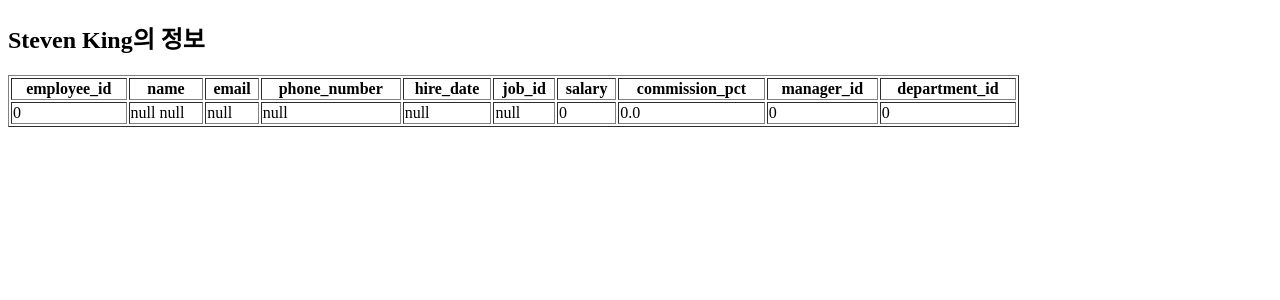
Repository: Mildous/HKIT-BackendClass
Page: http://localhost/sqlTest/employees/EmployeesList.jsp
The author's editor kept a copy of each file at every save. The page is drawn from the files as they stood at one save, then again after the next save.
The browser window is 1280 px wide. The pictures show the whole page.
The page is served by Tomcat 9. Queries for data that is not in the repository find no rows.

Above is the page before, as saved 2022-08-19 07:13:27.

### workspace/jsp/sqlTest/WebContent/employees/EmployeesList.jsp
<%@page import="java.sql.ResultSet"%>
<%@page import="java.sql.PreparedStatement"%>
<%@page import="java.sql.Connection"%>
<%@page import="employees.EmployeesDAO"%>
<%@page import="employees.EmployeesDTO"%>
<%@ page language="java" contentType="text/html; charset=UTF-8"
    pageEncoding="UTF-8"%>
<%
	EmployeesDAO dao = new EmployeesDAO();
	EmployeesDTO result = dao.viewStevenKing();

%>
<!DOCTYPE html>
<html>
<head>
<meta charset="UTF-8">
<title>Steven King의 정보 출력</title>
</head>
<body>

<h2>Steven King의 정보</h2>
	<table border="1" width="80%">
		<tr>
			<th>employee_id</th>
			<th>name</th>
			<th>email</th>
			<th>phone_number</th>
			<th>hire_date</th>
			<th>job_id</th>
			<th>salary</th>
			<th>commission_pct</th>
			<th>manager_id</th>
			<th>department_id</th>
		</tr>
		<tr>
			<td><%= result.getEmployee_id() %></td>
			<td><%= result.getFirst_name() %> <%= result.getLast_name() %></td>
			<td><%= result.getEmail() %></td>
			<td><%= result.getPhone_number() %></td>
			<td><%= result.getHire_date() %></td>
			<td><%= result.getJob_id() %></td>
			<td><%= result.getSalary() %></td>
			<td><%= result.getCommission_pct() %></td>
			<td><%= result.getManager_id() %></td>
			<td><%= result.getDepartment_id() %></td>
		</tr>
	</table>
</body>
</html>

### workspace/jsp/sqlTest/src/employees/EmployeesDAO.java
package employees;

import java.sql.Connection;
import java.sql.PreparedStatement;
import java.sql.ResultSet;

import util.DB;

public class EmployeesDAO {
	Connection conn = null;
	PreparedStatement pstmt = null;
	ResultSet rs = null;

	public EmployeesDTO viewStevenKing() {
		EmployeesDTO dto = new EmployeesDTO();
		conn = DB.dbConn();

		try {
			String sql = "select * from employees where first_name = 'Steven' and last_name = 'King'";
			pstmt = conn.prepareStatement(sql);
			rs = pstmt.executeQuery();

			if(rs.next()) {
				dto.setEmployee_id(rs.getInt("employee_id"));
				dto.setFirst_name(rs.getString("first_name"));
				dto.setLast_name(rs.getString("last_name"));
				dto.setEmail(rs.getString("email"));
				dto.setPhone_number(rs.getString("phone_number"));
				dto.setHire_date(rs.getDate("hire_date"));
				dto.setJob_id(rs.getString("job_id"));
				dto.setSalary(rs.getInt("salary"));
				dto.setCommission_pct(rs.getDouble("commission_pct"));
				dto.setManager_id(rs.getInt("manager_id"));
				dto.setDepartment_id(rs.getInt("department_id"));
			}
		} catch(Exception e) {
			e.printStackTrace();
		} finally {
			DB.dbConnClose(rs, pstmt, conn);
		}
		return dto;
	}
}

### workspace/jsp/sqlTest/src/employees/EmployeesDTO.java
package employees;

import java.sql.Date;

public class EmployeesDTO {

	private int employee_id;
	private String first_name;
	private String last_name;
	private String email;
	private String phone_number;
	private Date hire_date;
	private String job_id;
	private int salary;
	private double commission_pct;
	private int manager_id;
	private int department_id;


	public int getEmployee_id() {
		return employee_id;
	}
	public void setEmployee_id(int employee_id) {
		this.employee_id = employee_id;
	}
	public String getFirst_name() {
		return first_name;
	}
	public void setFirst_name(String first_name) {
		this.first_name = first_name;
	}
	public String getLast_name() {
		return last_name;
	}
	public void setLast_name(String last_name) {
		this.last_name = last_name;
	}
	public String getEmail() {
		return email;
	}
	public void setEmail(String email) {
		this.email = email;
	}
	public String getPhone_number() {
		return phone_number;
	}
	public void setPhone_number(String phone_number) {
		this.phone_number = phone_number;
	}
	public Date getHire_date() {
		return hire_date;
	}
	public void setHire_date(Date hire_date) {
		this.hire_date = hire_date;
	}
	public String getJob_id() {
		return job_id;
	}
	public void setJob_id(String job_id) {
		this.job_id = job_id;
	}
	public int getSalary() {
		return salary;
	}
	public void setSalary(int salary) {
		this.salary = salary;
	}
	public double getCommission_pct() {
		return commission_pct;
	}
	public void setCommission_pct(double commission_pct) {
		this.commission_pct = commission_pct;
	}
	public int getManager_id() {
		return manager_id;
	}
	public void setManager_id(int manager_id) {
		this.manager_id = manager_id;
	}
	public int getDepartment_id() {
		return department_id;
	}
	public void setDepartment_id(int department_id) {
		this.department_id = department_id;
	}

}

### workspace/jsp/sqlTest/src/util/DB.java
package util;

import java.sql.Connection;
import java.sql.DriverManager;
import java.sql.PreparedStatement;
import java.sql.ResultSet;

public class DB {
	public static Connection dbConn() {
		String dbDriver = "oracle.jdbc.driver.OracleDriver";
		String dbUrl = "jdbc:oracle:thin:@localhost:1521/xe";
		String dbId = "hr";
		String dbPasswd = "1234";

		Connection conn = null;

		try {
			Class.forName(dbDriver);
		} catch(Exception e) {
			//e.printStackTrace();
			System.out.println("-- 오라클 드라이버 오류 --");
		}

		try {
			conn = DriverManager.getConnection(dbUrl, dbId, dbPasswd);
		} catch(Exception e) {
			//e.printStackTrace();
			System.out.println("-- 오라클 접속 오류 --");
		}
		return conn;
	}

	public static void dbConnClose(ResultSet rs, PreparedStatement pstmt, Connection conn) {

		try {
			if(rs != null) { rs.close(); }
		} catch(Exception e) {
			//e.printStackTrace();
		}

		try {
			if(pstmt != null) { pstmt.close(); }
		} catch(Exception e) {
			//e.printStackTrace();
		}

		try {
			if(conn != null) { conn.close(); }
		} catch(Exception e) {
			//e.printStackTrace();
		}
	}
}

After the next save:
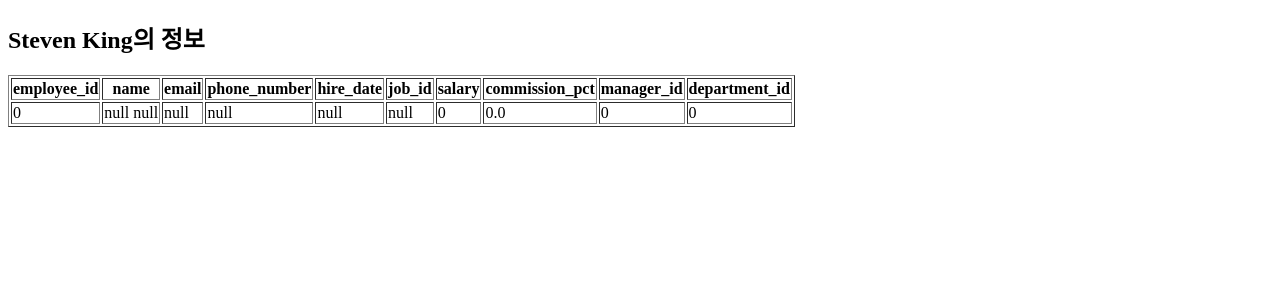
Saved 26 s later.
--- a/workspace/jsp/sqlTest/WebContent/employees/EmployeesList.jsp
+++ b/workspace/jsp/sqlTest/WebContent/employees/EmployeesList.jsp
@@ -19,7 +19,7 @@
 <body>
 
 <h2>Steven King의 정보</h2>
-	<table border="1" width="80%">
+	<table border="1">
 		<tr>
 			<th>employee_id</th>
 			<th>name</th>
